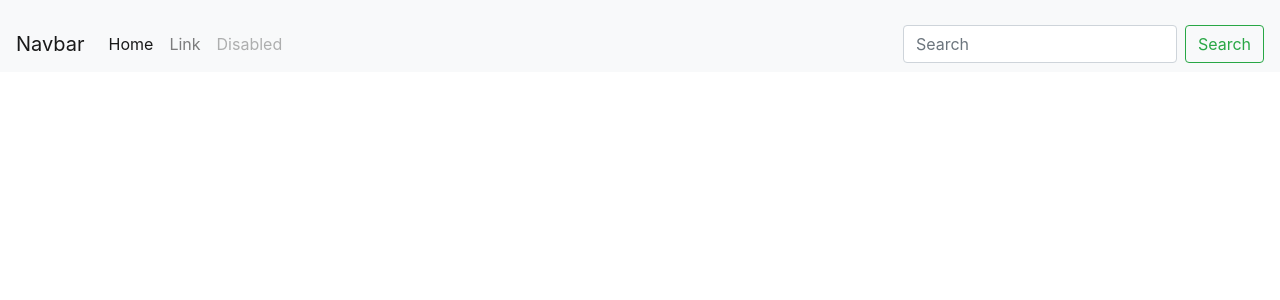
Repository: ClaraBausson/milestone_project_1
Page: index.html
The author's editor kept a record of every edit. The page is drawn from the files as they stood at one moment, then again after the next edit.
The browser window is 1280 px wide. The pictures show the whole page.
Some web libraries are served in a nearby version.

Above is the page before.

### index.html
<!DOCTYPE html>
<html lang="en">

<head>
    <meta charset="UTF-8">
    <meta name="viewport" content="width=device-width, initial-scale=1.0">
    <meta http-equiv="X-UA-Compatible" content="ie=edge">

    <title>Document</title>

    <!-------------------------- CSS links ------------------------------------>
    <script src="https://code.jquery.com/jquery-3.3.1.slim.min.js" integrity="sha384-q8i/X+965DzO0rT7abK41JStQIAqVgRVzpbzo5smXKp4YfRvH+8abtTE1Pi6jizo" crossorigin="anonymous"></script>
    <script src="https://cdnjs.cloudflare.com/ajax/libs/popper.js/1.14.7/umd/popper.min.js" integrity="sha384-UO2eT0CpHqdSJQ6hJty5KVphtPhzWj9WO1clHTMGa3JDZwrnQq4sF86dIHNDz0W1" crossorigin="anonymous"></script>
    <link rel="stylesheet" href="https://stackpath.bootstrapcdn.com/bootstrap/4.3.1/css/bootstrap.min.css" integrity="sha384-ggOyR0iXCbMQv3Xipma34MD+dH/1fQ784/j6cY/iJTQUOhcWr7x9JvoRxT2MZw1T" crossorigin="anonymous">
    <script src="https://stackpath.bootstrapcdn.com/bootstrap/4.3.1/js/bootstrap.min.js" integrity="sha384-JjSmVgyd0p3pXB1rRibZUAYoIIy6OrQ6VrjIEaFf/nJGzIxFDsf4x0xIM+B07jRM" crossorigin="anonymous"></script>

    <link rel="stylesheet" href="https://stackpath.bootstrapcdn.com/font-awesome/4.7.0/css/font-awesome.min.css" type="text/css" />
    <link rel="stylesheet" href="https://cdnjs.cloudflare.com/ajax/libs/hover.css/2.1.1/css/hover-min.css" type="text/css" />
    <link rel="stylesheet" href="css/main.css" type="text/css" />
</head>

<body>
    <!------------------------ NAVBAR/HEADER ---------------------------------->
    <header class="header">

        <nav class="navbar navbar-light bg-light">

        </nav>

        <nav class="navbar navbar-expand-lg navbar-light bg-light">
            <button class="navbar-toggler" type="button" data-toggle="collapse" data-target="#navbarTogglerDemo03" aria-controls="navbarTogglerDemo03" aria-expanded="false" aria-label="Toggle navigation">
    <span class="navbar-toggler-icon"></span>
  </button>
            <a class="navbar-brand" href="#">Navbar</a>

            <div class="collapse navbar-collapse" id="navbarTogglerDemo03">
                <ul class="navbar-nav mr-auto mt-2 mt-lg-0">
                    <li class="nav-item active">
                        <a class="nav-link" href="#">Home <span class="sr-only">(current)</span></a>
                    </li>
                    <li class="nav-item">
                        <a class="nav-link" href="#">Link</a>
                    </li>
                    <li class="nav-item">
                        <a class="nav-link disabled" href="#" tabindex="-1" aria-disabled="true">Disabled</a>
                    </li>
                </ul>
                <form class="form-inline my-2 my-lg-0">
                    <input class="form-control mr-sm-2" type="search" placeholder="Search" aria-label="Search">
                    <button class="btn btn-outline-success my-2 my-sm-0" type="submit">Search</button>
                </form>
            </div>
        </nav>

    </header>

    <!----------------------- CONTENT SECTION --------------------------------->
    <section>

    </section>

    <!--------------------------- FOOTER -------------------------------------->
    <footer>

    </footer>
</body>

</html>

### css/main.css
@import url('https://fonts.googleapis.com/css?family=Oswald:300,400,500,600,700|Poppins:300,400,500,600,700,800,900&display=swap&subset=latin-ext');



/*---------------------Special paddings/margins/text--------------------------*/

.no-padding {
    padding: 0;
}

.uppercase-text {
    text-transform: uppercase;
}

.header-text {

}

.subheader-text {

}

/*----------------------------------Colors------------------------------------*/


/*---------------------------------Headers------------------------------------*/


/*-------------------------------Hover effects--------------------------------*/


/*----------------------------------Footer------------------------------------*/

After the next edit:
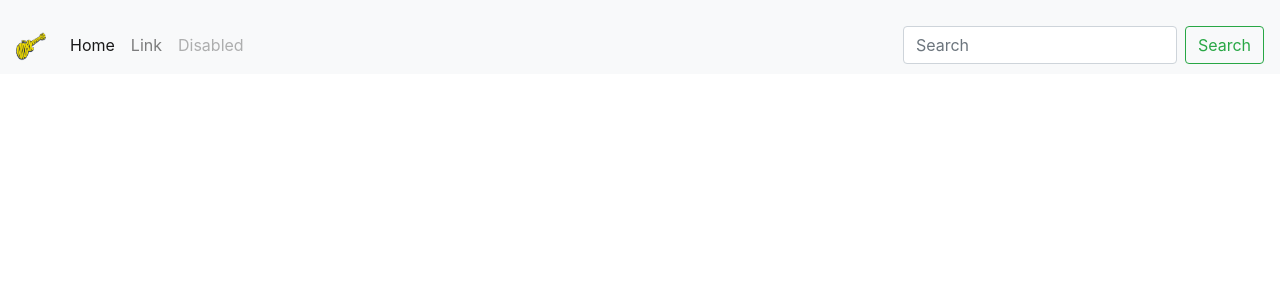
The edit:
--- a/index.html
+++ b/index.html
@@ -31,7 +31,7 @@
             <button class="navbar-toggler" type="button" data-toggle="collapse" data-target="#navbarTogglerDemo03" aria-controls="navbarTogglerDemo03" aria-expanded="false" aria-label="Toggle navigation">
     <span class="navbar-toggler-icon"></span>
   </button>
-            <a class="navbar-brand" href="#">Navbar</a>
+            <a class="navbar-brand" href="#"><img src="/assets/images/monkees-logo.png" width="30" height="30" alt=""></a>
 
             <div class="collapse navbar-collapse" id="navbarTogglerDemo03">
                 <ul class="navbar-nav mr-auto mt-2 mt-lg-0">
